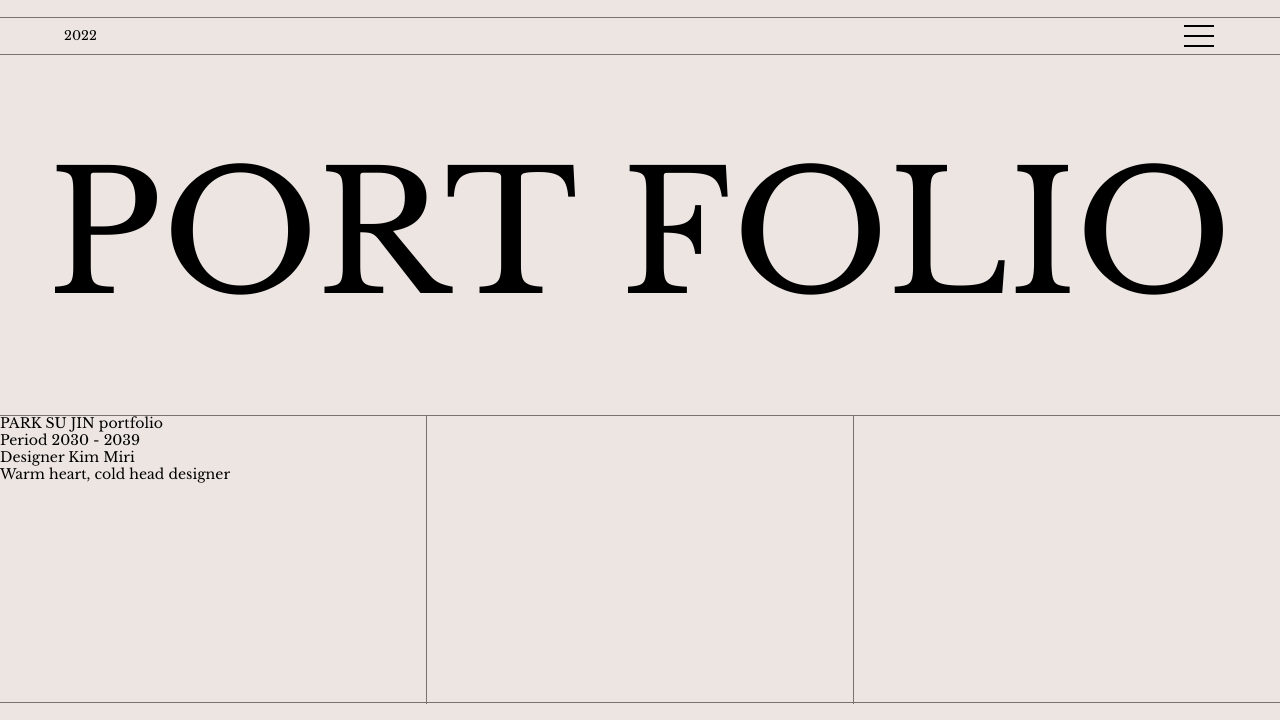
Repository: clsrnemfdml/portfolio_parksj_versiton1
Page: index.html
The author's editor kept a copy of each file at every save. The page is drawn from the files as they stood at one save, then again after the next save.
The browser window is 1280 px wide. The pictures show the whole page.

Above is the page before, as saved 2021-09-02 07:58:34.

After the next save:
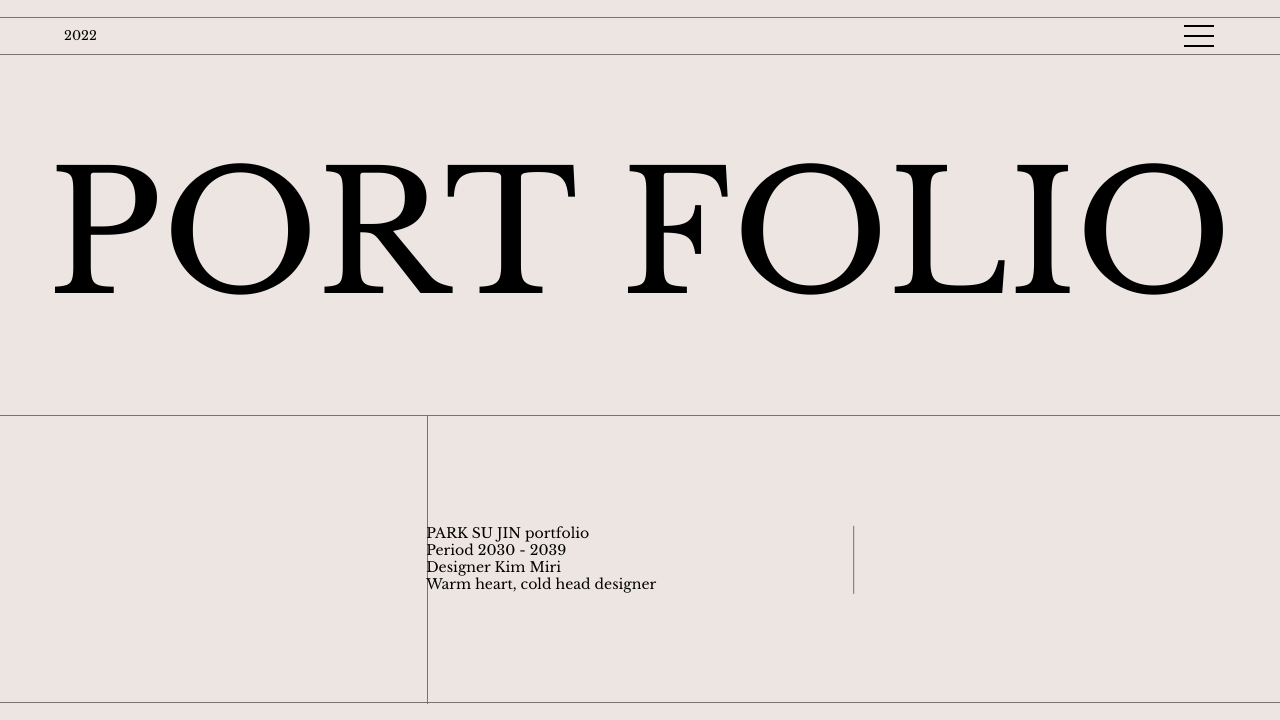
Saved 20 s later.
--- a/css/index.css
+++ b/css/index.css
@@ -101,6 +101,10 @@
 
     #wrap #section1 .content_bottom .rsum1{
         border-right: 1px solid #767371;
+        position: absolute;
+        top: 50%;
+        left: 50%;
+        transform: translate(-50%, -50%);
     }
     #wrap #section1 .content_bottom .rsum1 p{
         padding-bottom: 3px;
